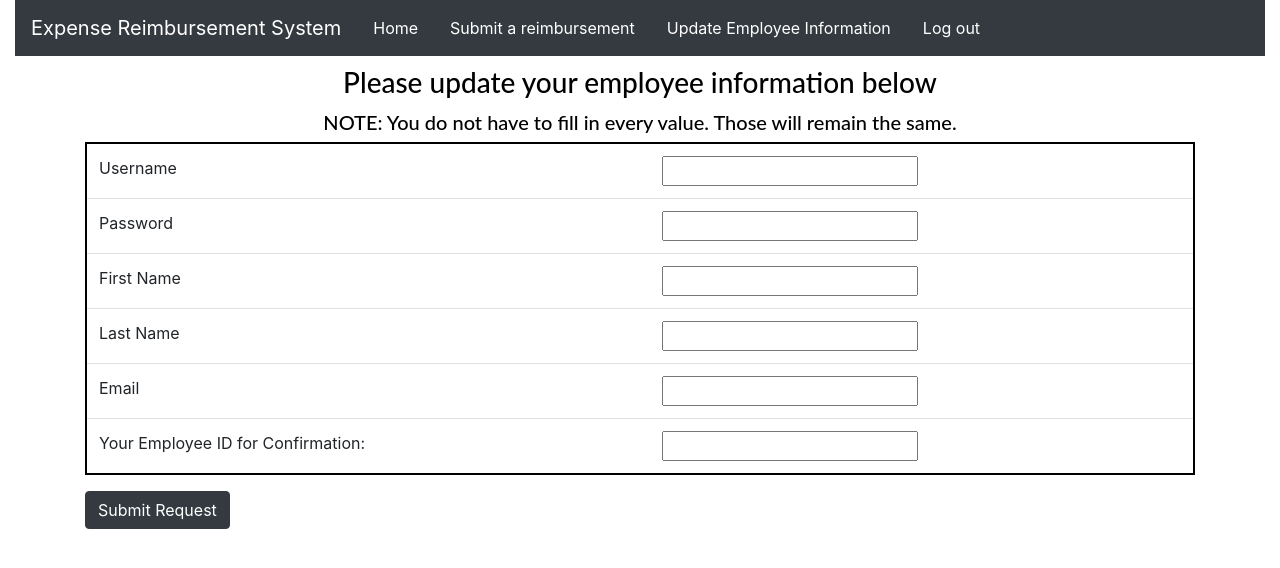
Repository: Trevormulrenin/ers-app
Page: ers-app/src/main/webapp/html/employee_info.html
The author's editor kept a copy of each file at every save. The page is drawn from the files as they stood at one save, then again after the next save.
The browser window is 1280 px wide. The pictures show the whole page.

Above is the page before, as saved 2021-04-01 19:05:17.

After the next save:
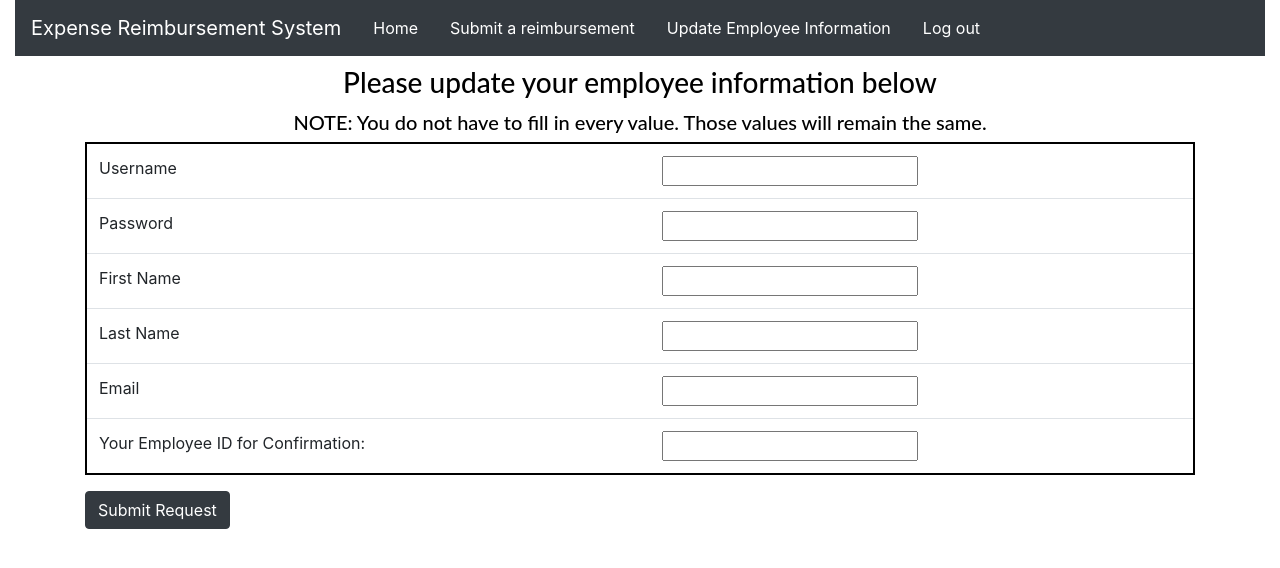
Saved 13 s later.
--- a/ers-app/src/main/webapp/html/employee_info.html
+++ b/ers-app/src/main/webapp/html/employee_info.html
@@ -31,7 +31,7 @@
 
 		<div class="container">
 		<p class="h3" style="margin:10px;"> Please update your employee information below</p>
-		<p class="h5"> NOTE: You do not have to fill in every value. Those will remain the same.</p>
+		<p class="h5"> NOTE: You do not have to fill in every value. Those values will remain the same.</p>
 
 		<form action="http://localhost:8080/ers-app/UpdateEmployeeServlet" method="post">
 			<table class="table" id="update-table">
